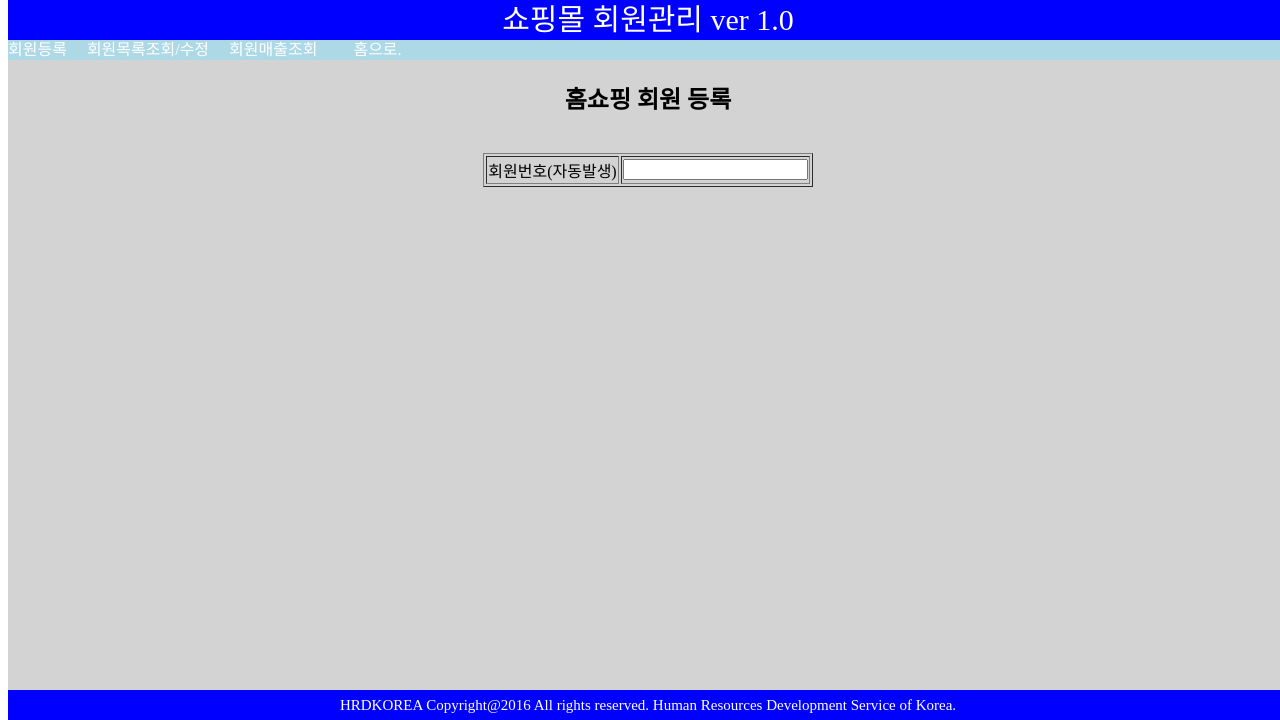
Repository: leesuyeon116/HRD_1
Page: http://localhost/HRD_0416/join.jsp
The author's editor kept a copy of each file at every save. The page is drawn from the files as they stood at one save, then again after the next save.
The browser window is 1280 px wide. The pictures show the whole page.
The page is served by Tomcat 9. Other server files are loaded and not shown.

Above is the page before, as saved 2024-04-17 00:14:36.

### HRD_0416/src/main/webapp/join.jsp
<%@ page language="java" contentType="text/html; charset=UTF-8"
    pageEncoding="UTF-8"%>
<!DOCTYPE html>
<html>
<head>
<meta charset="UTF-8">
<title>join</title>
</head>
<body>
<jsp:include page="header.jsp" />
	<section style="position: fixed; top: 60px; width: 100%; height: 100%; background-color: lightgray">
	<h2 style="text-align: center;"><b>홈쇼핑 회원 등록</b></h2><br>

	<form name="frm" style=" display: flex; align-items: center; justify-content: center; text-align: center">
	<table border="1">
		<tr>
			<td>회원번호(자동발생)</td>
			<td><input type="text" name="custno"></td>
		</tr>

	</table>
	</form>

	</section>

<jsp:include page="footer.jsp" />
</body>
</html>

### HRD_0416/src/main/webapp/header.jsp
<%@ page language="java" contentType="text/html; charset=UTF-8"
    pageEncoding="UTF-8"%>
<!DOCTYPE html>
<html>
<head>
<meta charset="UTF-8">
<title>header</title>
</head>
<body>
	<header style="position: fixed; top: 0px; width: 100%; height: 40px; background-color: blue; color: white;
	text-align: center; line-height: 40px; font-size: 30px"> 쇼핑몰 회원관리 ver 1.0</header>

	<nav style="position: fixed; top: 40px; width: 100%; height: 20px; background-color: lightblue; color: white; line-height: 20px;">
	회원등록 &nbsp; &nbsp;
	회원목록조회/수정 &nbsp; &nbsp;
	회원매출조회 &nbsp; &nbsp; &nbsp; &nbsp;
	홈으로.</nav>
</body>
</html>

### HRD_0416/src/main/webapp/footer.jsp
<%@ page language="java" contentType="text/html; charset=UTF-8"
    pageEncoding="UTF-8"%>
<!DOCTYPE html>
<html>
<head>
<meta charset="UTF-8">
<title>footer</title>
</head>
<body>
	<footer style="position: fixed; bottom: 0px; width: 100%; height: 30px; background-color: blue; color: white;
	text-align: center; line-height: 30px; font-size: 15px;">
	HRDKOREA Copyright@2016 All rights reserved. Human Resources Development Service of Korea.</footer>
</body>
</html>

After the next save:
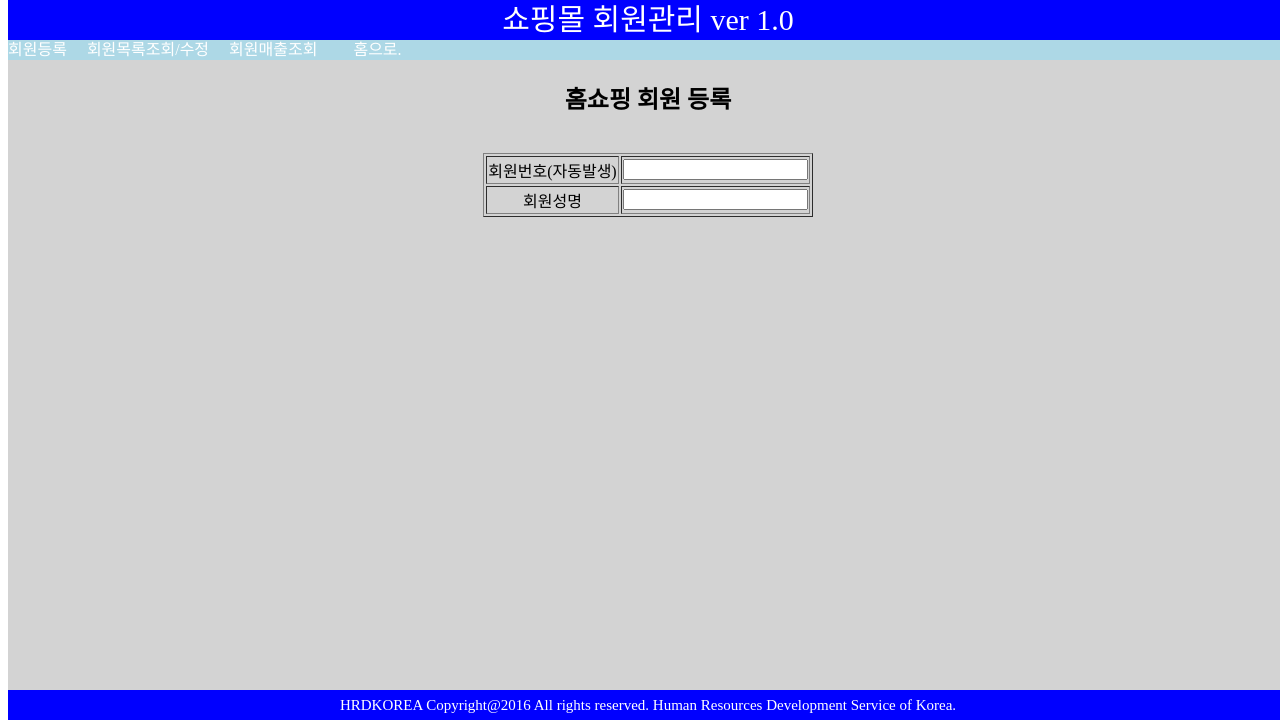
Saved 75 s later.
--- a/HRD_0416/src/main/webapp/join.jsp
+++ b/HRD_0416/src/main/webapp/join.jsp
@@ -17,6 +17,10 @@
 			<td>회원번호(자동발생)</td>
 			<td><input type="text" name="custno"></td>
 		</tr>
+		<tr>
+			<td>회원성명</td>
+			<td><input type="text" name="custname"></td>
+		</tr>
 
 	</table>
 	</form>
